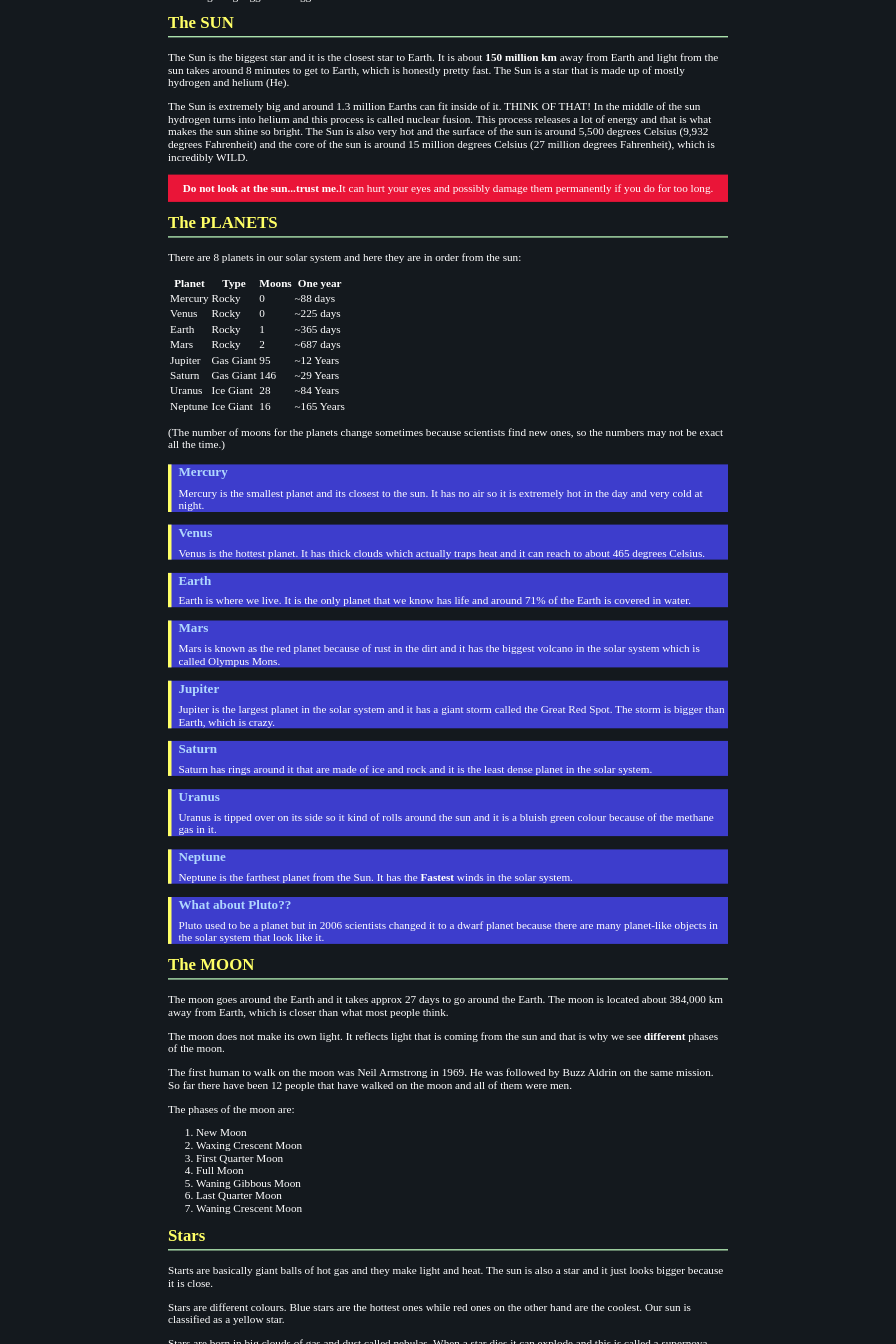
Repository: manayparikh1/Spacify
Page: index.html
The author's editor kept a copy of each file at every save. The page is drawn from the files as they stood at one save, then again after the next save.
The browser window is 1280 px wide. The pictures show the part of the page from y = 638 to 2558 px (the page is 3833 px tall before and 3924 px after), at 70% of full size.

Above is the page before, as saved 2026-10-30 21:29:57.

After the next save:
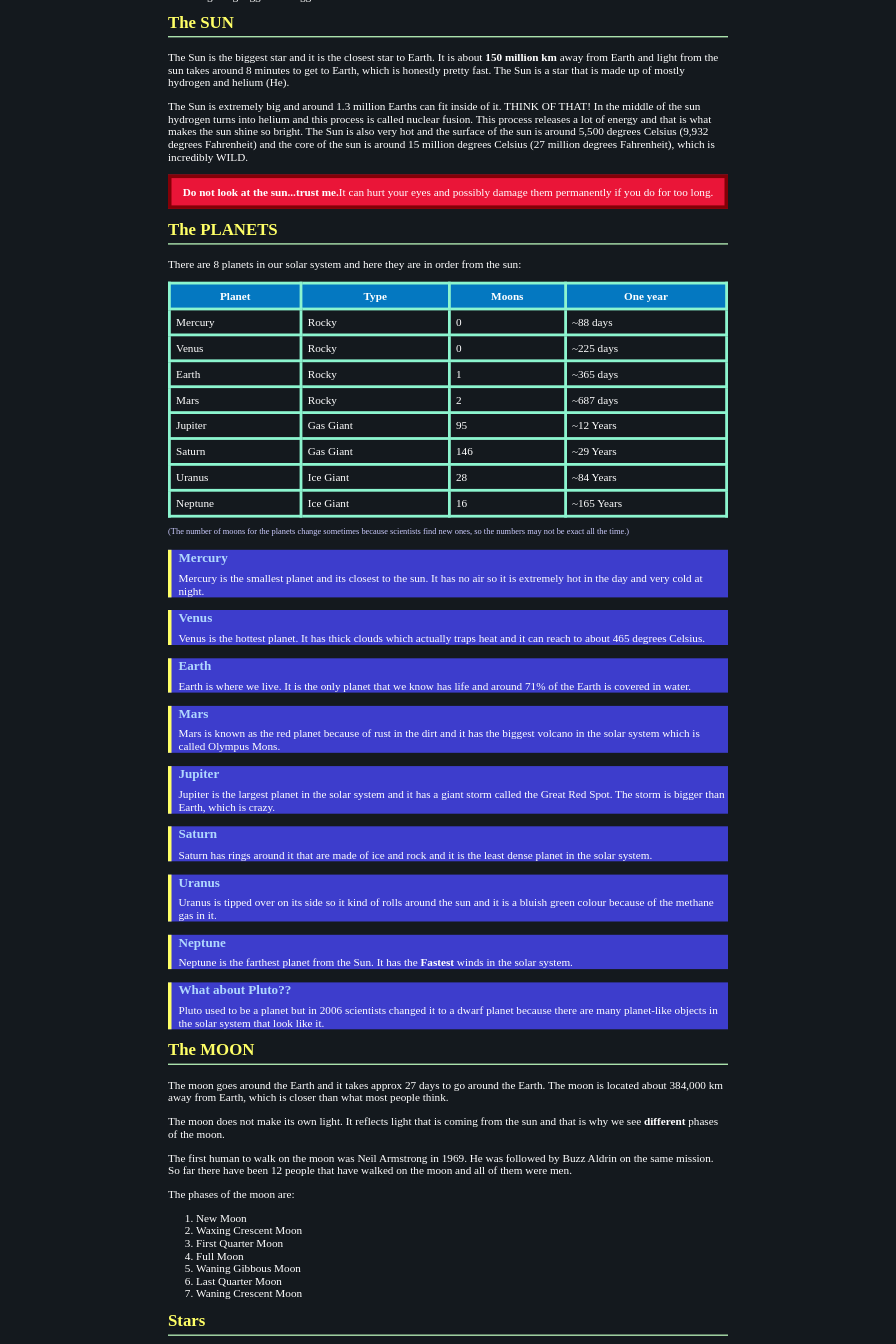
Saved 11 min 53 s later.
--- a/index.html
+++ b/index.html
@@ -319,7 +319,6 @@
                 <li><a href="https://science.nasa.gov/">NASA Science</a></li>
                 <li><a href="https://www.britannica.com/science/space-exploration">Space Exploration</a></li>
                 <li><a href="https://www.asc-csa.gc.ca/eng/">Canadian Space Agency</a></li>
-                <li>my science textbook</li>
             </ul>
         </div>
         <div class="footer">
--- a/style.css
+++ b/style.css
@@ -41,7 +41,6 @@ a {
     color: #082440;
 }
 
-.box {}
 
 .contents ul {
     columns: 2;
@@ -60,5 +59,33 @@ a {
 .warning {
     background-color: #ea1538;
     padding: 10.3px;
+    border: 5px solid rgb(131, 0, 7);
     text-align: center;
 }
+
+table {
+    color: white;
+    border-collapse: collapse;
+    width: 100%;
+}
+
+th {
+    background-color: #0478c1;
+}
+
+th,
+td {
+    border: 4px solid rgb(140, 245, 207);
+    padding: 7.5px;
+}
+
+.small {
+    font-size: 12px;
+    color: #ccccff;
+}
+
+.footer {
+    text-align: center;
+    margin-top: 20px;
+
+}
